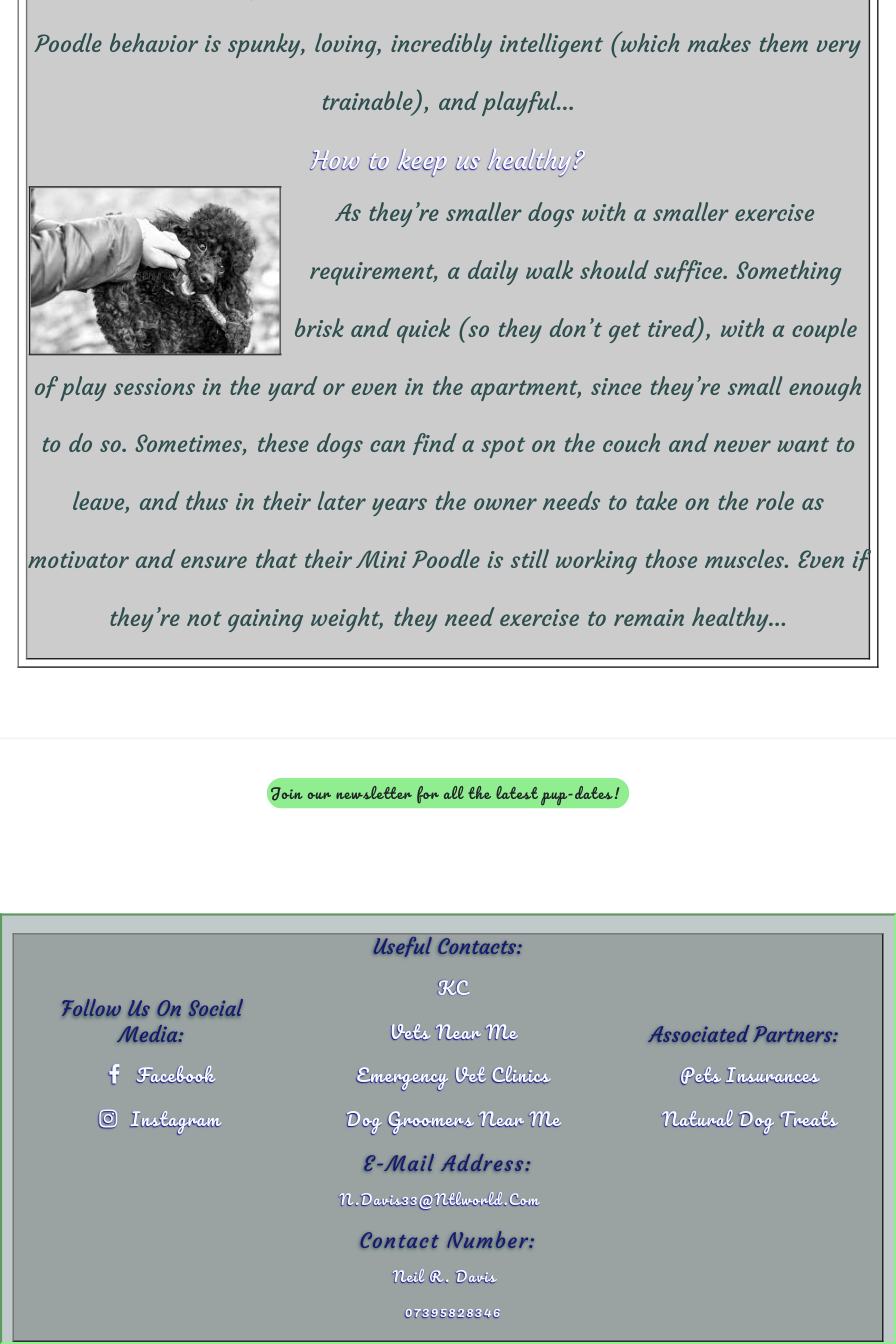
Repository: Code-Institute-Submissions/GeorgiosSklav-Iacinthos-blog
Page: about-them.html
The author's editor kept a record of every edit. The page is drawn from the files as they stood at one moment, then again after the next edit.
The browser window is 1280 px wide. The pictures show the part of the page from y = 1840 to 3760 px (the page is 3760 px tall before and 3694 px after), at 70% of full size.

Above is the page before.

### about-them.html
<!DOCTYPE html>
<html lang="en">

<head>
    <meta charset="UTF-8">
    <meta name="viewport" content="width=device-width, initial-scale=1.0">
    <meta http-equiv="X-UA-Compatible" content="ie=edge">
    <link rel="stylesheet" href="https://stackpath.bootstrapcdn.com/bootstrap/4.3.1/css/bootstrap.min.css " integrity="sha384-ggOyR0iXCbMQv3Xipma34MD+dH/1fQ784/j6cY/iJTQUOhcWr7x9JvoRxT2MZw1T " crossorigin="anonymous">
    <title>Iacinthos mini Poodles</title>
    <link rel="stylesheet" href="https://stackpath.bootstrapcdn.com/font-awesome/4.7.0/css/font-awesome.min.css" integrity="sha384-wvfXpqpZZVQGK6TAh5PVlGOfQNHSoD2xbE+QkPxCAFlNEevoEH3Sl0sibVcOQVnN" crossorigin="anonymous">
    <link rel="stylesheet" href="style.css" type="text/css" />
</head>

<!--Header-->

<body>


    <header class="container">
        <div class="row align-items-start heading homepage">
            <div class="col-12 logo">
                <h1>How to treat and raise us:</h1>
            </div>
        </div>
        <nav class="navbar navbar-light navbar-expand-sm">
            <div class="navbar-brand"><i class="fa fa-paw"></i>About</div>
            <button class="navbar-toggler ml-auto" type="button" data-toggle="collapse" data-target="#navbarNavDropdown" aria-controls="navbarNavDropdown">
            <span class="navbar-toggler-icon"></span></button>
            <div class="collapse navbar-collapse" id="navbarNavDropdown">
                <ul class="navbar-nav mt-auto mt-2 mt-lg-0">
                    <li class="nav-item mr-2"><a class="nav-link" href="index.html">Iacinthos</a></li>
                    <li class="nav-item mr-2"><a class="nav-link" href="request-form.html">Enquiries</a></li>
                    <li class="nav-item dropdown">
                        <div class="nav-link dropdown-toggle" id="navbarDropdownMenuLink" role="button" data-toggle="dropdown" aria-haspopup="true" aria-expanded="false">
                            Certificates</div>
                        <div class="dropdown-menu" aria-labelledby="navbarDropdownMenuLink">
                            <a class="dropdown-item" target="_blank" href="./Media/certificate.pdf"><i class="fa fa-download"></i>Kennel Club</a>
                            <a class="dropdown-item" target="_blank" href="./Media/lineage1.pdf"><i class="fa fa-download"></i>Blood-Lineage</a>
                        </div>

                    </li>
                </ul>
            </div>
        </nav>
    </header>

    <!--main-body-->

    <main>

        <div class="jumbotron-fluid about" id="frame">
            <div class="background-overlay">
                <div class="row">
                    <div class="col-12">
                        <img src="./Media/photos/steak.jpg" class="img-10" alt="dog-steak">
                        <h3 class="about-title">What do we eat?</h3>
                        <p>Most would opt for wet food. However, dry food is recommended since this is much better for the gums and teeth. In addition, dry kibble tends to be easier on the stomach and intestines and a diet of all wet canned food can lead
                            to runny stools...</p>
                    </div>
                </div>
                <div class="row">
                    <div class="col-12">
                        <h3 class="about-title">Natural diet?</h3>
                        <p>Feeding a complete raw meat diet to your dog is the best way to provide an easily digestible, balanced diet that mimics the way his ancestors naturally eat in the wild. However, there’s a lot of misinformation out there about feeding
                            a raw food diet to dogs. This can be confusing and discouraging for dog owners looking to do the right thing for their dogs. Nevertheless your choice, you just need to make sure that your doggy is getting all the daily nutrition
                            it needs....</p>
                    </div>
                </div>
                <div class="row">
                    <div class="col-12">
                        <h3 class="about-title">What do we love to do?</h3>
                        <img src="./Media/photos/woman-dog.jpg" class="img-20" alt="dog-jogging">
                        <p>They have a moderate temperament, and even though they’re elegant and well-mannered, have a very funny clown-like behavior when around their loved ones. They love to play and they’re smart enough to get themselves into trouble,
                            or challenge their owner when they have the chance. All-in-all, the Miniature Poodle behavior is spunky, loving, incredibly intelligent (which makes them very trainable), and playful...</p>
                    </div>
                </div>
                <div class="row">
                    <div class="col-12">
                        <h3 class="about-title">How to keep us healthy?</h3>
                        <img src="./Media/photos/excercising.jpg" class="img-30" alt="dog-with-a-stick">
                        <p>As they’re smaller dogs with a smaller exercise requirement, a daily walk should suffice. Something brisk and quick (so they don’t get tired), with a couple of play sessions in the yard or even in the apartment, since they’re small
                            enough to do so. Sometimes, these dogs can find a spot on the couch and never want to leave, and thus in their later years the owner needs to take on the role as motivator and ensure that their Mini Poodle is still working
                            those muscles. Even if they’re not gaining weight, they need exercise to remain healthy...</p>
                    </div>
                </div>
            </div>
        </div>
        <hr>
        <!--Modal-->

        <button type="button" class="btn btn-color" data-toggle="modal" data-target="#exampleModal">
  Join our newsletter for all the latest pup-dates!
</button>
        <div class="modal fade" id="exampleModal" tabindex="-1" role="dialog" aria-labelledby="exampleModalLabel" aria-hidden="true">
            <div class="modal-dialog" role="document">
                <div class="modal-content">
                    <div class="modal-header">
                        <h5 class="modal-title" id="exampleModalLabel">Join our family with a flick of your paw!</h5>
                        <button type="button" class="close" data-dismiss="modal" aria-label="Close">
                     <span aria-hidden="true">&times;</span>
        </button>
                    </div>
                    <div class="modal-body">
                        <form class="modal-newsletter">
                            <div class="form-group ">
                                <input type="email" class="form-control" id="InputEmail2" aria-describedby="InputEmail2" placeholder="Your Woof-mail....">
                            </div>
                            <div class="form-group">
                                <input type="password" class="form-control" id="InputPassword2" placeholder="....and a Woof-password">
                            </div>
                            <div class="form-group form-check">
                                <input type="checkbox" class="form-check-input" id="Check1">
                                <label class="form-check-label" for="Check1">Remember me</label>
                            </div>
                        </form>
                    </div>
                    <div class="modal-footer">
                        <button type="button" class="btn btn-danger" data-dismiss="modal">Close</button>
                        <button type="button" class="btn btn-info">Subscribe</button>
                    </div>
                </div>
            </div>

    </main>

    </div>


    <!---footer-->

    <footer class="container-fluid footer">
        <div class="background-overlay">
            <div class="row align-items-end">
                <div class="col-12 col-md-3 col-lg-3">
                    <h4 class="social-title capitalise">Follow us on social media:</h4>
                    <ul class="social-links">
                        <li>
                            <a target="_blank" href="https://www.facebook.com/neil.davis.9862">
                            <i class="fa fa-facebook"></i>
                            <span>Facebook</span>
                        </a>
                        </li>
                        <li>
                            <a target="_blank" href="https://instagram.com/neilr.davis?igshid=wmi0mqp5d2se">
                            <i class="fa fa-instagram"></i>
                            <span>Instagram</span>
                        </a>
                        </li>
                    </ul>
                </div>
                <div class="col-12 col-md-3 col-lg-3">
                    <h4 class="social-title capitalise">Useful contacts:</h4>
                    <ul class="social-links">
                        <li>
                            <a target="_blank" href="https://www.thekennelclub.org.uk/">
                            <span class="capitalise">KC</span>
                        </a>
                        </li>
                        <li>
                            <a target="_blank" href="https://www.google.com/search?q=vet+near+me&oq=vet+near&aqs=chrome.0.0j69i57j0l4.4119j0j7&sourceid=chrome&ie=UTF-8">
                            <span class="capitalise">Vets near me</span>
                        </a>
                        </li>
                        <li>
                            <a target="_blank" href="https://www.google.com/search?q=emergency+vet+clinic+near+me&oq=emergency+vet&aqs=chrome.4.69i57j0l5.15430j0j7&sourceid=chrome&ie=UTF-8">
                            <span class="capitalise">Emergency vet clinics</span>
                        </a>
                        </li>
                        <li>
                            <a target="_blank" href="https://www.google.com/search?q=dog+groomer+near+me&oq=dog+groomer&aqs=chrome.1.69i57j0l5.4790j0j7&sourceid=chrome&ie=UTF-8">
                            <span class="capitalise">Dog groomers near me</span>
                        </a>
                        </li>
                    </ul>
                </div>
                <div class="col-12 col-md-3 col-lg-3">
                    <h4 class="social-title capitalise">Associated partners:</h4>
                    <ul class="social-links">
                        <li>
                            <a target="_blank" href="https://www.google.com/search?q=pet+insurance+near+me&oq=pet+ins&aqs=chrome.2.0j69i57j0l4.6094j0j7&sourceid=chrome&ie=UTF-8">
                            <span class="capitalise">pets insurances</span>
                        </a>
                        </li>
                        <li>
                            <a target="_blank" href="https://www.doglistener.co.uk/catalog/natural-dog-treats-0">
                            <span class="capitalise">natural dog treats</span>
                        </a>
                        </li>
                    </ul>
                </div>
                <div class="col-12 col-md-3 col-lg-3 contacts">
                    <h4 class="social-title capitalise">e-mail address:</h4>
                    <p class="capitalise social-links">
                        n.davis33@ntlworld.com
                    </p>
                    <h4 class="social-title capitalise">Contact number:</h4>
                    <ul class="social-links">
                        <li class="social-links capitalise">
                            neil r. davis
                        </li>
                        <li class="capitalise">
                            07395828346
                        </li>
                    </ul>
                </div>
            </div>
        </div>
    </footer>

    <script src="https://code.jquery.com/jquery-3.3.1.slim.min.js" integrity="sha384-q8i/X+965DzO0rT7abK41JStQIAqVgRVzpbzo5smXKp4YfRvH+8abtTE1Pi6jizo" crossorigin="anonymous"></script>
    <script src="https://cdnjs.cloudflare.com/ajax/libs/popper.js/1.14.7/umd/popper.min.js" integrity="sha384-UO2eT0CpHqdSJQ6hJty5KVphtPhzWj9WO1clHTMGa3JDZwrnQq4sF86dIHNDz0W1" crossorigin="anonymous"></script>
    <script src="https://stackpath.bootstrapcdn.com/bootstrap/4.3.1/js/bootstrap.min.js" integrity="sha384-JjSmVgyd0p3pXB1rRibZUAYoIIy6OrQ6VrjIEaFf/nJGzIxFDsf4x0xIM+B07jRM" crossorigin="anonymous"></script>
</body>

</html>

### style.css
@import url('https://fonts.googleapis.com/css?family=Courgette:100,200,300,400,500,600,700|Pacifico:100,200,300,400,500,600,700');

/*------------------------------------------------body background*/

body {
    line-height: 2.5;
    text-align: center;
}

.background-overlay {
    position: relative;
    height: 100%;
    width: 100%;
    padding: 0;
    background-color: rgba(0, 0, 0, 0.2);
    border: 2px outset #777;
}

h1 {
    font-family: "Courgette", sans-serif;
    font-weight: 700;
    font-size: 45px;
    color: #191970;
    margin-top: 35px;
    margin-bottom: 5px;
    padding-top: 25px;
}

.heading {
    margin: 25px;
}

.capitalise {
    text-transform: capitalize;
}

/*------------------------------------------------Navbar*/

.navbar {
    word-wrap: normal;
   margin-bottom: 100px;
   margin-top: 50px;
}

.navbar-light {
    font-family: 'Courgette', sans-serif;
    font-weight: 600;
    font-size: 25px;
    text-shadow: 0px 2px 3px #00ffff;
}

.nav-link {
margin: 0;
 right:0;
 bottom: 0;
 color: #fff;
}

.nav-link:hover {
    background-color: rgba(120, 0, 50, .1);
}
.dropdown {
    margin-left: 0;
    padding: 0;
}
.dropdown-menu {
    background-color: #a9a9a9;
    font-weight: 600;
    font-size: 20px;
 padding:0;
}

.dropdown-menu ul li:hover {
    background-color: #a9a9a9;
}

.ml-auto {
    background-color: #a9a9a9;
}

.navbar i {
    font-size: 35px;
    padding-top: 0;
    padding-bottom: 5px;
    padding-right: 2px;
    margin: 5px;
    color: #777;
}

.navbar-brand {
    font-size: 30px;
}

.fa-download {
    margin-right: 2px;
    margin-left: 2px;
}

.fa-download:hover {
    color: #fff;
}

/*------------------------------------------Media queries*/

@media (max-width: 300px) {
    .ml-auto:hover {
        background-color: #777;
    }
    .dropdown-item:hover {
        background-color: #777;

    }
    #navbarNavDropdown {
        background-color: #a9a9a9;
    }


    #navbarNavDropdown ul li:hover {
        background-color: #90ee90;
    }
}



@media (max-width: 3800px) {
    .dropdown-menu {
        background-color: rgba(120, 0, 50, .3);

    }
    .dropdown-item:hover {
        background-color: #777;
        color: #fff;
    }
    .col-lg-3 {
        flex: 30%;
        max-width: 100%;
    }
}

/*------------------------------------------------Homepage*/

.homepage a {
    text-decoration: none;
    height: 100%;
}

.introduction {
    height: 90%;
    width: 90%;
}

.img-10 {
    float: left;
    width: 15%;
    border-radius: 50%;
    border: groove #777;
}

.img-20 {
    float: right;
    width: 20%;
    border-radius: 50%;
    border: groove #777;
    margin: 2px;
}

.img-30 {
    float: left;
    width: 30%;
    border: groove #777;
    margin: 2px;
}

.img-50 {
    margin-left: 25px;
    margin-bottom: 20px;
    width: 100%;
    float: none;
    border-style: groove;
    border-radius: 50%;
}

/*--------------------------------------------texts,p*/

.container-title {
    text-align: center;
    margin: 35px;
    font-family: "Courgette", sans-serif;
    color: #f8f8ff;
    text-shadow: -1px 1px 2px #00008b;
}

.container-title i {
    font-size: 30px;
    padding: 15px;
    margin: 15px;
}

.dog-name {
    font-family: "Courgette", sans-serif;
    font-weight: 700;
    font-size: 32px;
    margin-left: 25px;
    color: #191970;
}

/*----------------------------------------about us section*/

.about {
    margin: 25px;
    font-family: "Courgette", sans-serif;
    font-size: 33px;
    color: #2f4f4f;
}

.about .about-title {
    color: #f8f8ff;
    text-shadow: -1px 1px 2px #00008b;
    font-size: 36px;
    padding: 5px 2px;
}

#frame {
    border: 2px outset #777;
    font-size: 33px;
    margin-top: 45px;
    margin-bottom: 100px;
    padding: 10px;
    font-weight: 200;
    background-color: #fff;
}

/*----------------------------------------newsletter button*/

.btn-color {
    background-color: #90ee90;
    font-family: "Pacifico", sans-serif;
    font-size: 20px;
    letter-spacing: 2px;
    margin: 40px 25px 150px;
    padding-left: 4px;
    border-radius: 50px;
}

.btn-color:hover {
    color: #90ee90;
    background-color: #777;
}

/*----------------------------------------Modal styling*/

.modal-title {
    font-family: "Pacifico", sans-serif;
    font-size: 25px;
    margin: 10px 5px;
}

.modal-content {
    background-color: #90ee90;
    text-shadow: -3px 2px 0.5px #ffefd5;
    color: #777;
}

.modal-footer .btn-danger,
.btn-info {
    margin-right: 20px;
}

.modal-body {
    padding: 0 15px 0 15px;
    top: 5px;
    bottom: 0;
    margin-top: 10px;
}


/*----------------------------------------footer*/

.footer {
    border: 3px inset #90ee90;
    background-color: rgba(47, 79, 79, .3);
    padding-top: 25px;
    margin: 0 5px 0 0;
    text-align: center;
    display: run-in;
}


.contacts .social-title {
    font-family: "Courgette", sans-serif;
    font-size: 30px;
    font-weight: 400;
    letter-spacing: 2px;
    color: #191970;
}


.social-links {
    list-style: none;
    padding-right: 25px;
    font-family: "Pacifico", sans-serif;
    color: #f8f8ff;
    font-size: 20px;
    font-weight: 300;
    letter-spacing: 2px;
    text-shadow: -1px 1px 2px #00008b;
}

.social-links li a {
    text-decoration: none;
    font-family: "Pacifico", sans-serif;
    font-size: 25px;
    font-weight: 400;
    letter-spacing: 2px;
    color: #f8f8ff;
    text-shadow: -1px 1px 2px #00008b;
}

.social-links li a:hover {
    color: #90ee90;
}

.social-links li i {
    font-size: 30px;
    height: 45px;
    width: 45px;
}

.social-title {
    word-break: keep-all;
    margin-left: 50px;
    margin-right: 50px;
    font-size: 30px;
    font-family: "Courgette", sans-serif;
    color: #191970;
    text-shadow: -1px 2px 5px #2f4f4f;
}

.contact-heading {
    font-family: "Courgette", sans-serif;
    font-weight: 300;
    margin-top: 25px;
    margin-bottom: 20px;
}

.form-control {
    font-size: 20px;
    background-color: #90ee90;
}

.control {
    background-color: #90ee90;
}

.center-form {
    padding: 15px 5px 10px;
    margin: 15px auto;
    max-width: 80%;
}

button[type="submit"] {
    margin-bottom: 20px;
    margin-top: 13px;
    color: #90ee90;
    background-color: #777;
}

button[type="submit"]:hover {
    background-color: #90ee90;
    color: #777;
}

After the next edit:
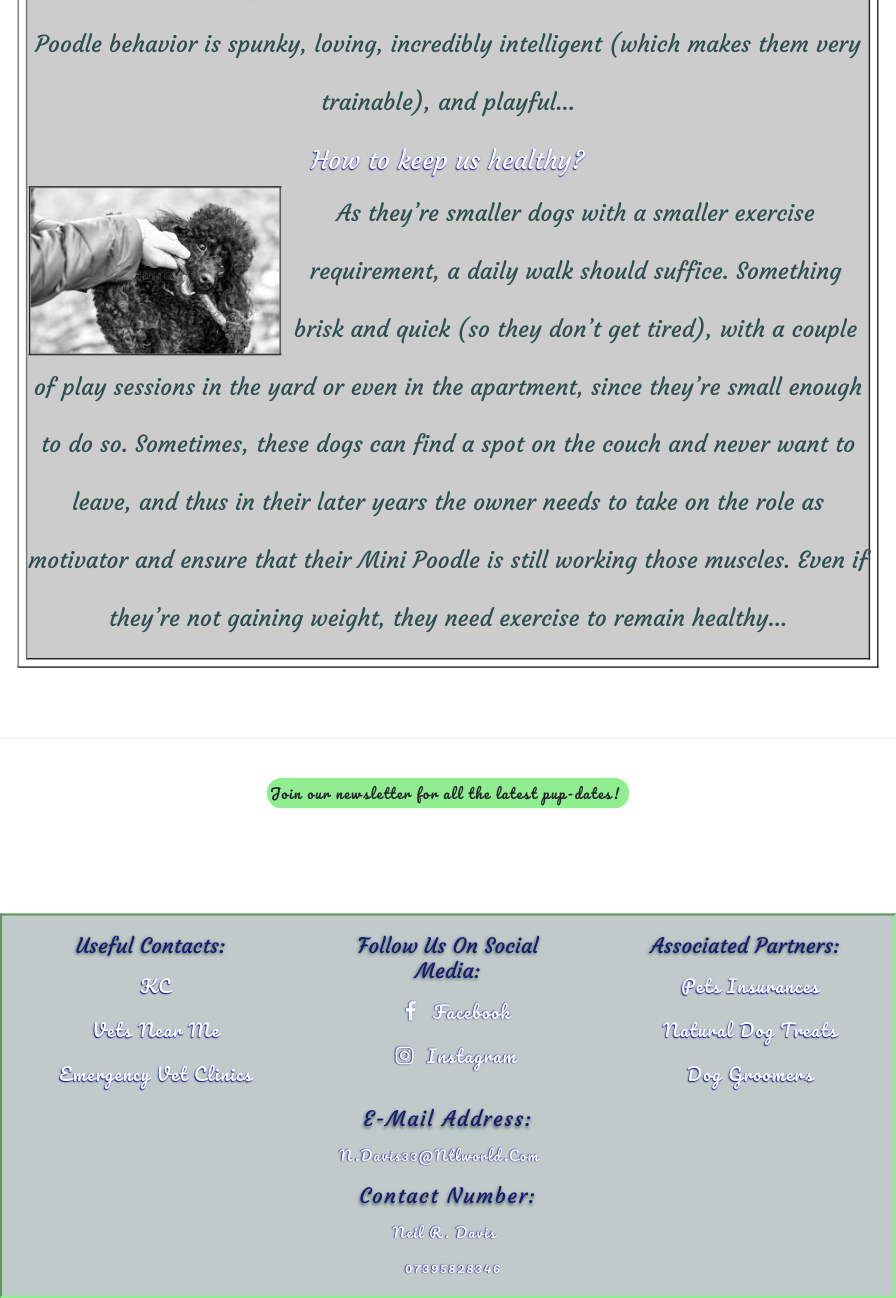
The edit:
--- a/about-them.html
+++ b/about-them.html
@@ -128,10 +128,30 @@
 
     <!---footer-->
 
-    <footer class="container-fluid footer">
-        <div class="background-overlay">
-            <div class="row align-items-end">
-                <div class="col-12 col-md-3 col-lg-3">
+      <footer class="container-fluid footer">
+            <div class="row">
+                <div class="col-12 col-md-12 col-lg-3">
+                    <h4 class="social-title capitalise">Useful contacts:</h4>
+                    <ul class="social-links">
+                        <li>
+                            <a target="_blank" href="https://www.thekennelclub.org.uk/">
+                            <span class="capitalise">KC</span>
+                        </a>
+                        </li>
+                        <li>
+                            <a target="_blank" href="https://www.google.com/search?q=vet+near+me&oq=vet+near&aqs=chrome.0.0j69i57j0l4.4119j0j7&sourceid=chrome&ie=UTF-8">
+                            <span class="capitalise">Vets near me</span>
+                        </a>
+                        </li>
+                        <li>
+                            <a target="_blank" href="https://www.google.com/search?q=emergency+vet+clinic+near+me&oq=emergency+vet&aqs=chrome.4.69i57j0l5.15430j0j7&sourceid=chrome&ie=UTF-8">
+                            <span class="capitalise">Emergency vet clinics</span>
+                        </a>
+                        </li>
+
+                    </ul>
+                </div>
+                <div class="col-12 col-md-12 col-lg-3">
                     <h4 class="social-title capitalise">Follow us on social media:</h4>
                     <ul class="social-links">
                         <li>
@@ -148,32 +168,7 @@
                         </li>
                     </ul>
                 </div>
-                <div class="col-12 col-md-3 col-lg-3">
-                    <h4 class="social-title capitalise">Useful contacts:</h4>
-                    <ul class="social-links">
-                        <li>
-                            <a target="_blank" href="https://www.thekennelclub.org.uk/">
-                            <span class="capitalise">KC</span>
-                        </a>
-                        </li>
-                        <li>
-                            <a target="_blank" href="https://www.google.com/search?q=vet+near+me&oq=vet+near&aqs=chrome.0.0j69i57j0l4.4119j0j7&sourceid=chrome&ie=UTF-8">
-                            <span class="capitalise">Vets near me</span>
-                        </a>
-                        </li>
-                        <li>
-                            <a target="_blank" href="https://www.google.com/search?q=emergency+vet+clinic+near+me&oq=emergency+vet&aqs=chrome.4.69i57j0l5.15430j0j7&sourceid=chrome&ie=UTF-8">
-                            <span class="capitalise">Emergency vet clinics</span>
-                        </a>
-                        </li>
-                        <li>
-                            <a target="_blank" href="https://www.google.com/search?q=dog+groomer+near+me&oq=dog+groomer&aqs=chrome.1.69i57j0l5.4790j0j7&sourceid=chrome&ie=UTF-8">
-                            <span class="capitalise">Dog groomers near me</span>
-                        </a>
-                        </li>
-                    </ul>
-                </div>
-                <div class="col-12 col-md-3 col-lg-3">
+                <div class="col-12 col-md-12 col-lg-3">
                     <h4 class="social-title capitalise">Associated partners:</h4>
                     <ul class="social-links">
                         <li>
@@ -186,9 +181,14 @@
                             <span class="capitalise">natural dog treats</span>
                         </a>
                         </li>
-                    </ul>
-                </div>
-                <div class="col-12 col-md-3 col-lg-3 contacts">
+                        <li>
+                            <a target="_blank" href="https://www.google.com/search?q=dog+groomer+near+me&oq=dog+groomer&aqs=chrome.1.69i57j0l5.4790j0j7&sourceid=chrome&ie=UTF-8">
+                            <span class="capitalise">Dog groomers</span>
+                        </a>
+                        </li>
+                    </ul>
+                </div>
+                <div class="col-12 col-md-12 col-lg-3 contacts">
                     <h4 class="social-title capitalise">e-mail address:</h4>
                     <p class="capitalise social-links">
                         n.davis33@ntlworld.com
